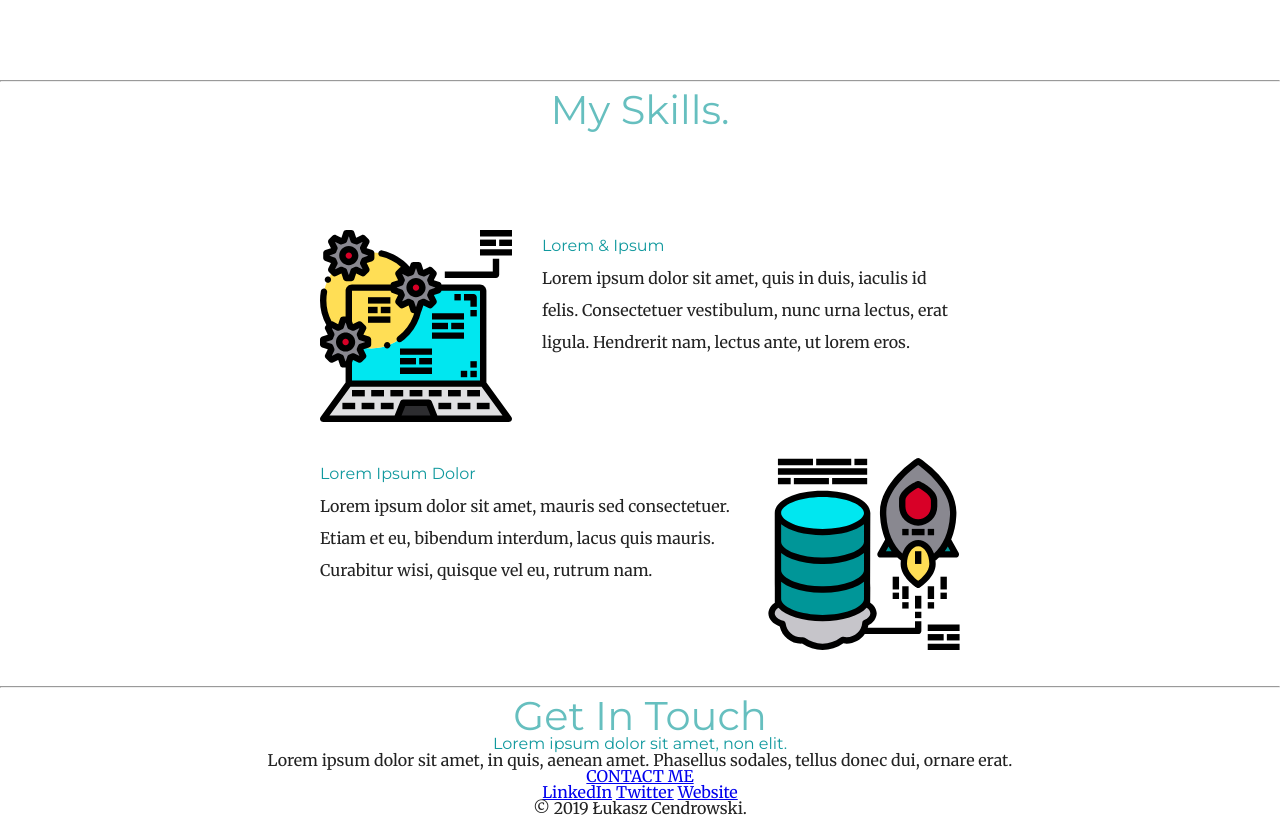
Repository: Isanderr/simple_landing_page-1
Page: index.html
These files come from the project's save history. The page is drawn as it stood at one moment and after the next save; the edit follows.
The browser window is 1280 px wide. The pictures show the part of the page from y = 938 to 1796 px (the page is 1756 px tall before and 1796 px after).
A picture or video elsewhere on the page could not be fetched, so the positions and the page height are approximate.

Above is the page before, as saved 2019-01-31 23:03:40.

### index.html
<!DOCTYPE html>
<html lang="en">

    <head>
        <meta charset="UTF-8">
        <meta name="viewport" content="width=device-width, initial-scale=1.0">
        <meta http-equiv="X-UA-Compatible" content="ie=edge">
        <title>CendrowskiL</title>
        <link rel="stylesheet" href="css/reset.css">
        <link rel="stylesheet" href="css/styles.css">
        <link rel="shortcut icon" href="img/favicon.ico" type="image/x-icon">
        <link href="https://fonts.googleapis.com/css?family=Merriweather|Montserrat|Sacramento" rel="stylesheet">
    </head>

    <body>
    </body>
    <div class="top-container">
        <img class="top-cloud" src="img/cloud.png" alt="cloud-image">
        <h1>I'm Luke</h1>
        <h2>a <span class="pro">pro</span>grammer.</h2>
        <img class="bottom-cloud" src="img/cloud.png" alt="cloud-image">
        <img src="img/mountain.png" alt="mountain-image">
    </div>
    <div class="middle-container">
        <div class="profile">
            <img src="img/man.svg" alt="man" class="man-img">
            <h2>Hello.</h2>
            <p>Lorem ipsum dolor sit amet, vitae volutpat, dui conubia, dolor urna. Non auctor, montes nulla
                distinctio.</p>
        </div>
        <hr>
        <div class="skills">
            <h2>My Skills.</h2>
            <div class="skill-row">
                <img class="computer-img" src="img/optimize.svg" alt="computer">
                <h3>Lorem & Ipsum</h3>
                <p>Lorem ipsum dolor sit amet, quis in duis, iaculis id felis. Consectetuer vestibulum, nunc urna
                    lectus, erat ligula. Hendrerit nam, lectus ante, ut lorem eros.</p>
            </div>
            <div class="skill-row">
                <img src="img/hosting.svg" class="hosting-img" alt="rocket-databes">
                <h3>Lorem Ipsum Dolor</h3>
                <p>Lorem ipsum dolor sit amet, mauris sed consectetuer. Etiam et eu, bibendum interdum, lacus quis
                    mauris. Curabitur wisi, quisque vel eu, rutrum nam.</p>
            </div>
        </div>
        <hr>
        <div class="contact-me">
            <h2>Get In Touch</h2>
            <h3>Lorem ipsum dolor sit amet, non elit.</h3>
            <p>Lorem ipsum dolor sit amet, in quis, aenean amet. Phasellus sodales, tellus donec dui, ornare erat.</p>
            <a class="btn" href="mailto:name@email.com">CONTACT ME</a>
        </div>
    </div>
    <div class="bottom-container">
        <a class="footer-link" href="https://www.linkedin.com/">LinkedIn</a>
        <a class="footer-link" href="https://twitter.com/">Twitter</a>
        <a class="footer-link" href="https://www.appbrewery.co/">Website</a>
        <p>© 2019 Łukasz Cendrowski.</p>
    </div>
    </body>

</html>

### css/styles.css
/* font-family: 'Merriweather', serif;
font-family: 'Sacramento', cursive;
font-family: 'Montserrat', sans-serif; */

body{
    margin: 0;
    text-align: center;
    font-family: 'Merriweather', serif;
}

h1 {
    color: #66bfbf;
    margin-top: 50px auto 0 auto;
    font-family: 'Sacramento', cursive;
    font-size: 5.625rem;
}
h2 {
    font-size: 2.5rem;
    font-family: 'Montserrat', sans-serif;
    color: #66bfbf;
    font-weight: normal;
}
h3 {
    font-family: 'Montserrat', sans-serif;
    color: #11999E;
}


.top-container {
background-color: #E4f9f5;
position: relative;
padding-top: 100px;
}

.pro {
    text-decoration: underline;
}

.top-cloud{
position: absolute;
right: 300px;
top: 50px;
}
.bottom-cloud {
position: absolute;
left: 300px;
bottom: 300px;
}

.profile {
    width: 50%;
    margin: auto;
    margin: 100px auto 100px auto;
    line-height: 2;
}

.skill-row {
    width: 50%;
    margin: auto;
    margin: 100px auto 100px auto;
    text-align: left;
    line-height: 2;
}

.man-img {
width: 30%;
}

.computer-img {
    width: 30%;
    float: left;
    margin-right: 30px;
}

.hosting-img {
    width: 30%;
    float: right;
    margin-left: 30px;
}

Loaded but not shown: css/reset.css (common file)

After the next save:
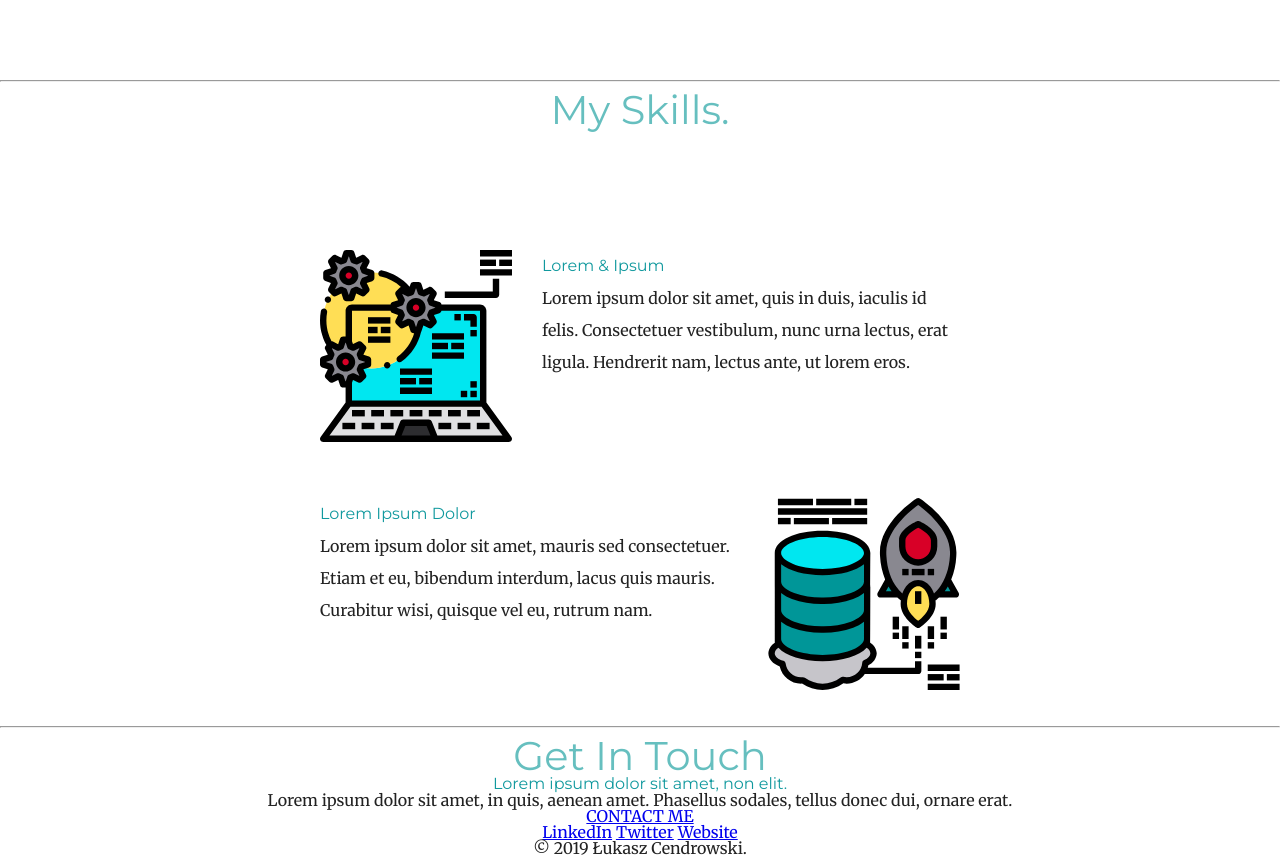
Saved 59 s later.
--- a/css/styles.css
+++ b/css/styles.css
@@ -57,7 +57,7 @@ bottom: 300px;
 .skill-row {
     width: 50%;
     margin: auto;
-    margin: 100px auto 100px auto;
+    margin: 120px auto 100px auto;
     text-align: left;
     line-height: 2;
 }
